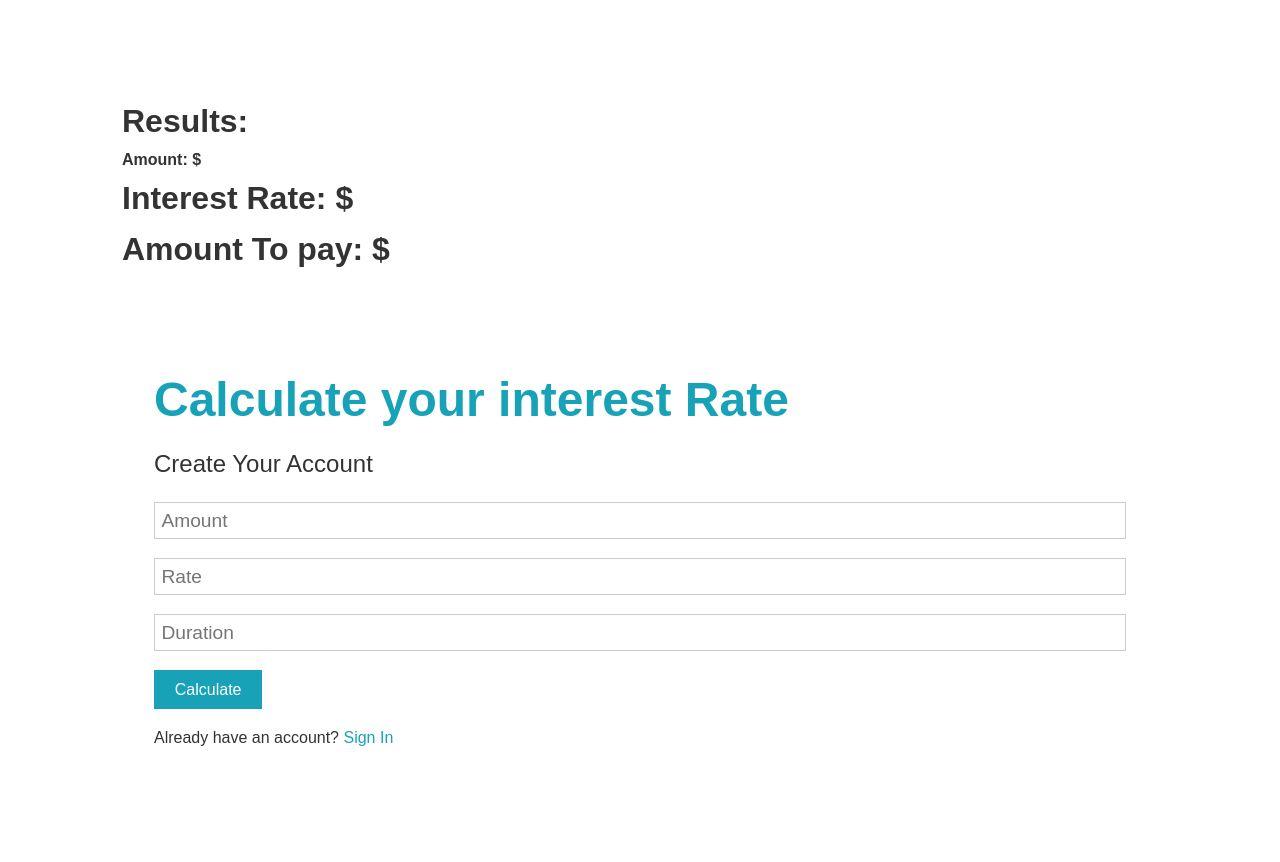
Repository: codding-ideas/loan-calculator
Page: / (app in client/)
The author's editor kept a copy of each file at every save. The page is drawn from the files as they stood at one save, then again after a run of saves.
The browser window is 1280 px wide. The pictures show the whole page.
The project was rebuilt for these pictures with package versions that can differ from the ones it lists, and the page was loaded fresh each time.

Above is the page before, as saved 2019-07-09 09:26:10.

After the next 2 saves:
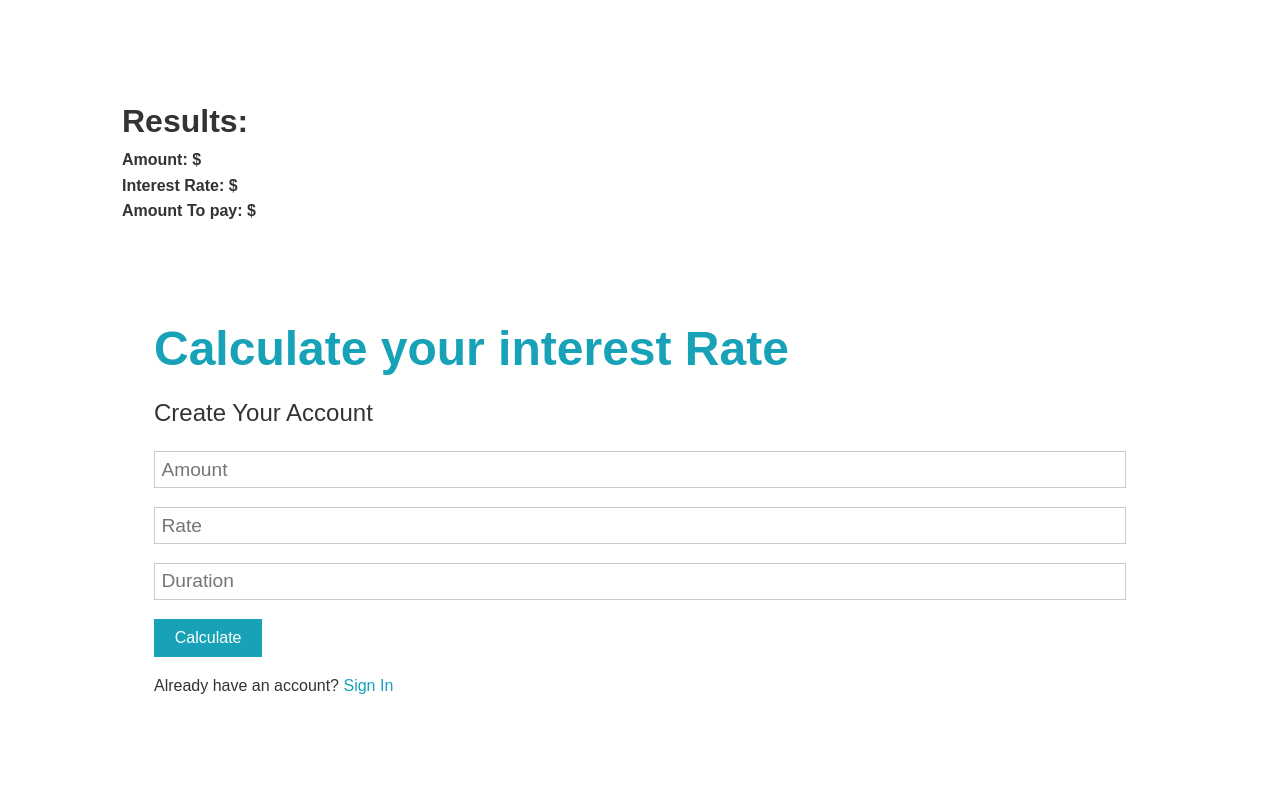
The 2 saves are shown as one change because they came seconds apart.
The last was saved 9 s later.
--- a/client/src/componets/Results.js
+++ b/client/src/componets/Results.js
@@ -7,8 +7,8 @@ const Results = (props) => {
         <div>
             <h1>Results:</h1>
             <h4>Amount: $ {props.loan.amount}</h4>
-            <h1>Interest Rate: ${props.loan.interestRate}</h1>
-            <h1>Amount To pay: ${props.loan. amountToPay}</h1>
+            <h4>Interest Rate: ${props.loan.interestRate}</h4>
+            <h4>Amount To pay: ${props.loan. amountToPay}</h4>
         </div>
     )
 }
